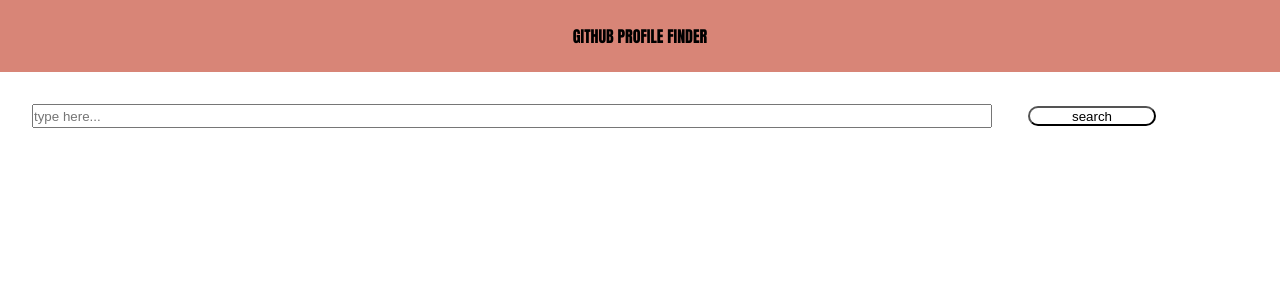
Repository: nilesjamex/githubprofilefinder
Page: index.html
An editor plug-in stored every save of this project. The page is shown before and after the next save, followed by the edit.
The browser window is 1280 px wide. The pictures show the whole page.

Above is the page before, as saved 2020-11-18 23:00:16.

After the next save:
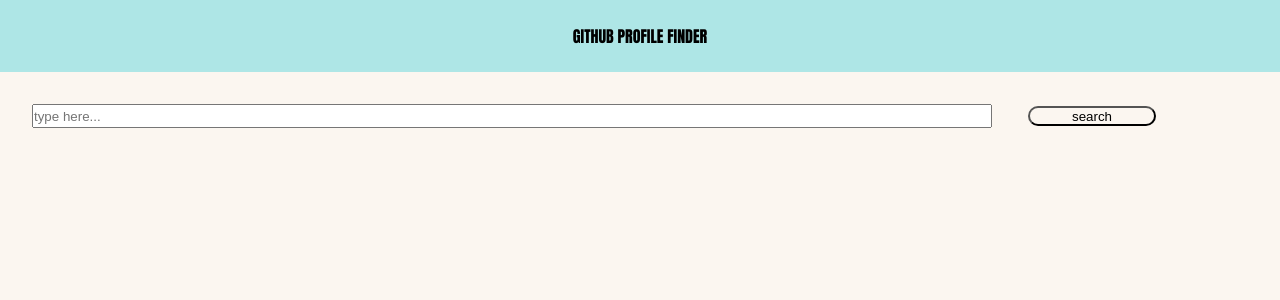
Saved 3 min 34 s later.
--- a/styles.css
+++ b/styles.css
@@ -3,9 +3,12 @@
     padding: 0;
     box-sizing: border-box;
 }
+body{
+    background-color: #fbf6f0;
+}
 nav{
     min-height: 10vh;
-    background-color: #d88577;
+    background-color: #aee6e6;
     display: flex;
     justify-content: center;
     align-items: center;
@@ -25,5 +28,5 @@
     height: 1.3rem;
 }
 input[type=submit]:hover{
-    background-color: #d88577;
+    background-color: #aee6e6;
 }
